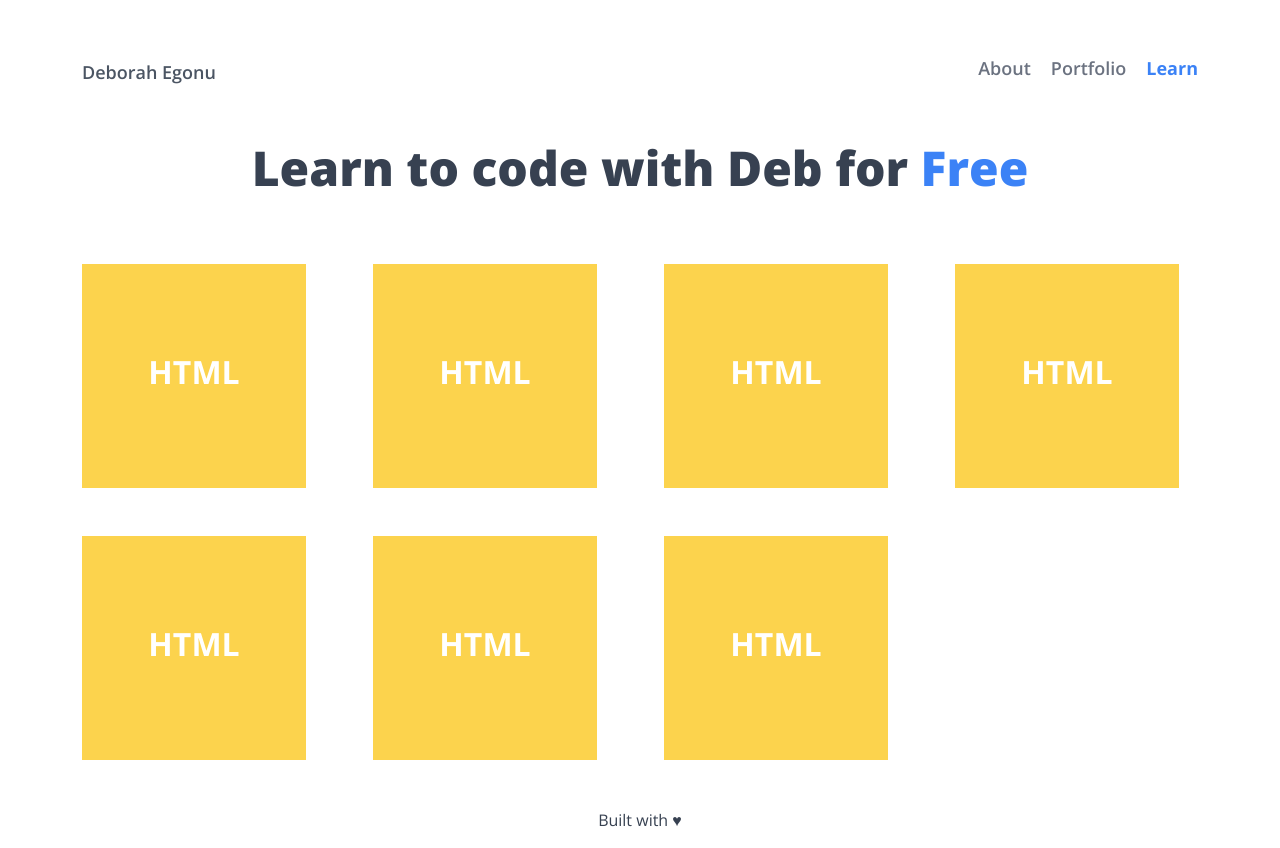
Repository: latenightsnacc/codewithdeb
Page: learn.html
The author's editor kept a copy of each file at every save. The page is drawn from the files as they stood at one save, then again after the next save.
The browser window is 1280 px wide. The pictures show the whole page.
The style sheet was rebuilt from its Sass, Less or Tailwind sources for each picture, by a compiler version that may differ from the author's.

Above is the page before, as saved 2021-06-07 12:50:54.

After the next save:
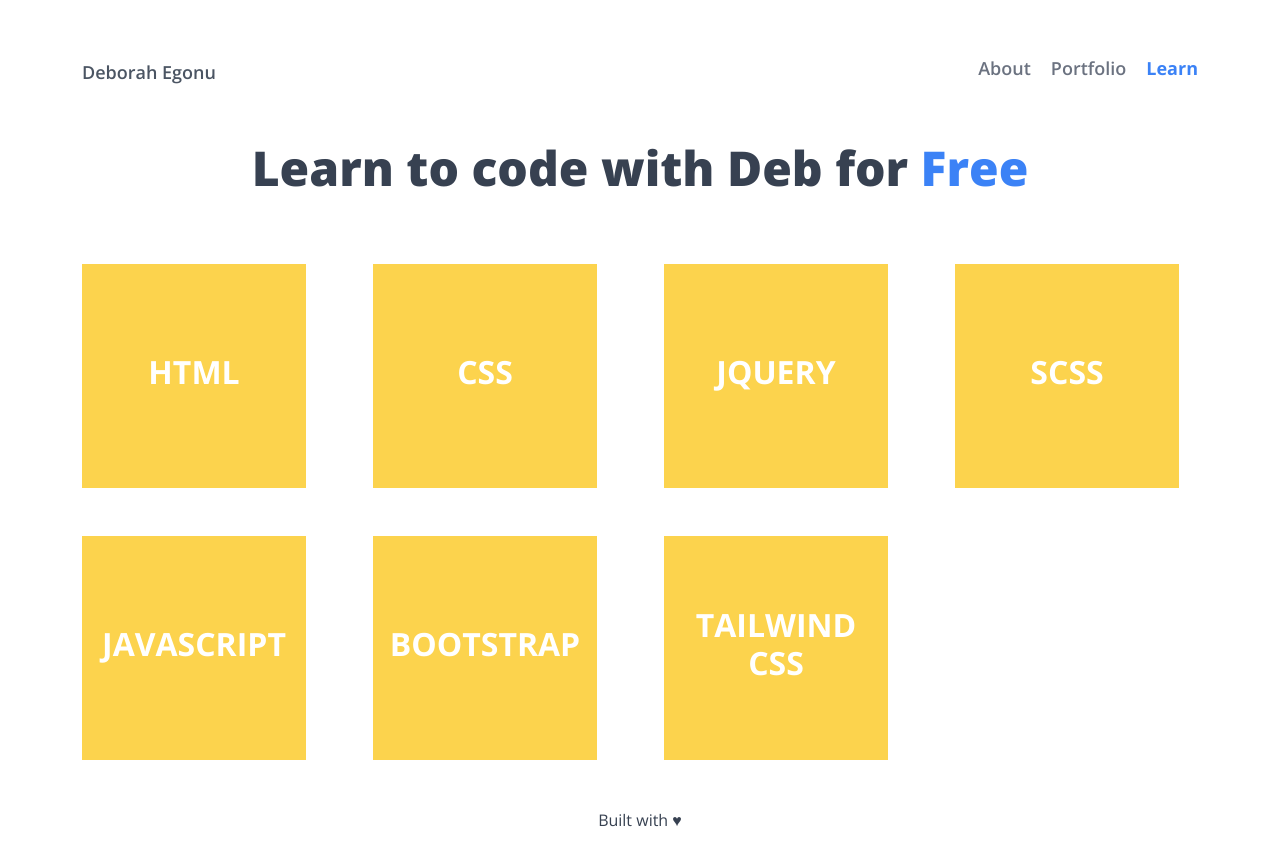
Saved 3 min 38 s later.
--- a/learn.html
+++ b/learn.html
@@ -55,22 +55,22 @@
                     <h2 class="text-white font-bold">HTML</h2>
                 </div>
                 <div class="bg-yellow-300 w-56 h-56 flex justify-center items-center text-center">
-                    <h2 class="text-white font-bold">HTML</h2>
+                    <h2 class="text-white font-bold">CSS</h2>
                 </div>
                 <div class="bg-yellow-300 w-56 h-56 flex justify-center items-center text-center">
-                    <h2 class="text-white font-bold">HTML</h2>
+                    <h2 class="text-white font-bold">JQUERY</h2>
                 </div>
                 <div class="bg-yellow-300 w-56 h-56 flex justify-center items-center text-center">
-                    <h2 class="text-white font-bold">HTML</h2>
+                    <h2 class="text-white font-bold">SCSS</h2>
                 </div>
                 <div class="bg-yellow-300 w-56 h-56 flex justify-center items-center text-center">
-                    <h2 class="text-white font-bold">HTML</h2>
+                    <h2 class="text-white font-bold">JAVASCRIPT</h2>
                 </div>
                 <div class="bg-yellow-300 w-56 h-56 flex justify-center items-center text-center">
-                    <h2 class="text-white font-bold">HTML</h2>
+                    <h2 class="text-white font-bold">BOOTSTRAP</h2>
                 </div>
                 <div class="bg-yellow-300 w-56 h-56 flex justify-center items-center text-center">
-                    <h2 class="text-white font-bold">HTML</h2>
+                    <h2 class="text-white font-bold">TAILWIND CSS</h2>
                 </div>
             </div>
         </div>
